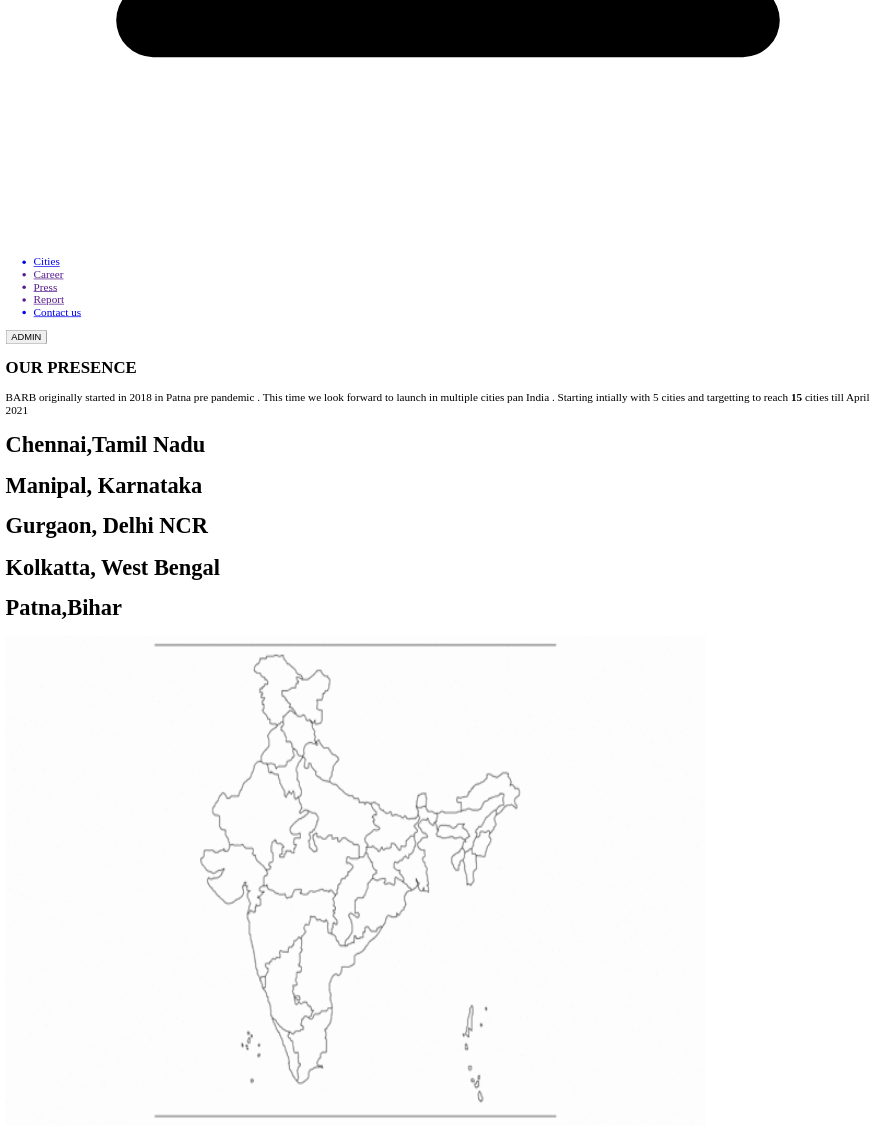
Repository: MinorLeopard/barbweb
Page: /Cities
An editor plug-in stored every save of this project. The page is shown before and after the next save, followed by the edit.
The browser window is 1280 px wide. The pictures show the part of the page from y = 970 to 2890 px (the page is 2590 px tall before and 2890 px after), at 70% of full size.
The project was rebuilt for these pictures with package versions that can differ from the ones it lists, and the page was loaded fresh each time. The framework's server and built-in components were replaced by stand-ins that run in the browser. Also part of the build but not shown: components/Dropdown.tsx.

Above is the page before, as saved 2022-01-10 19:57:09.

After the next save:
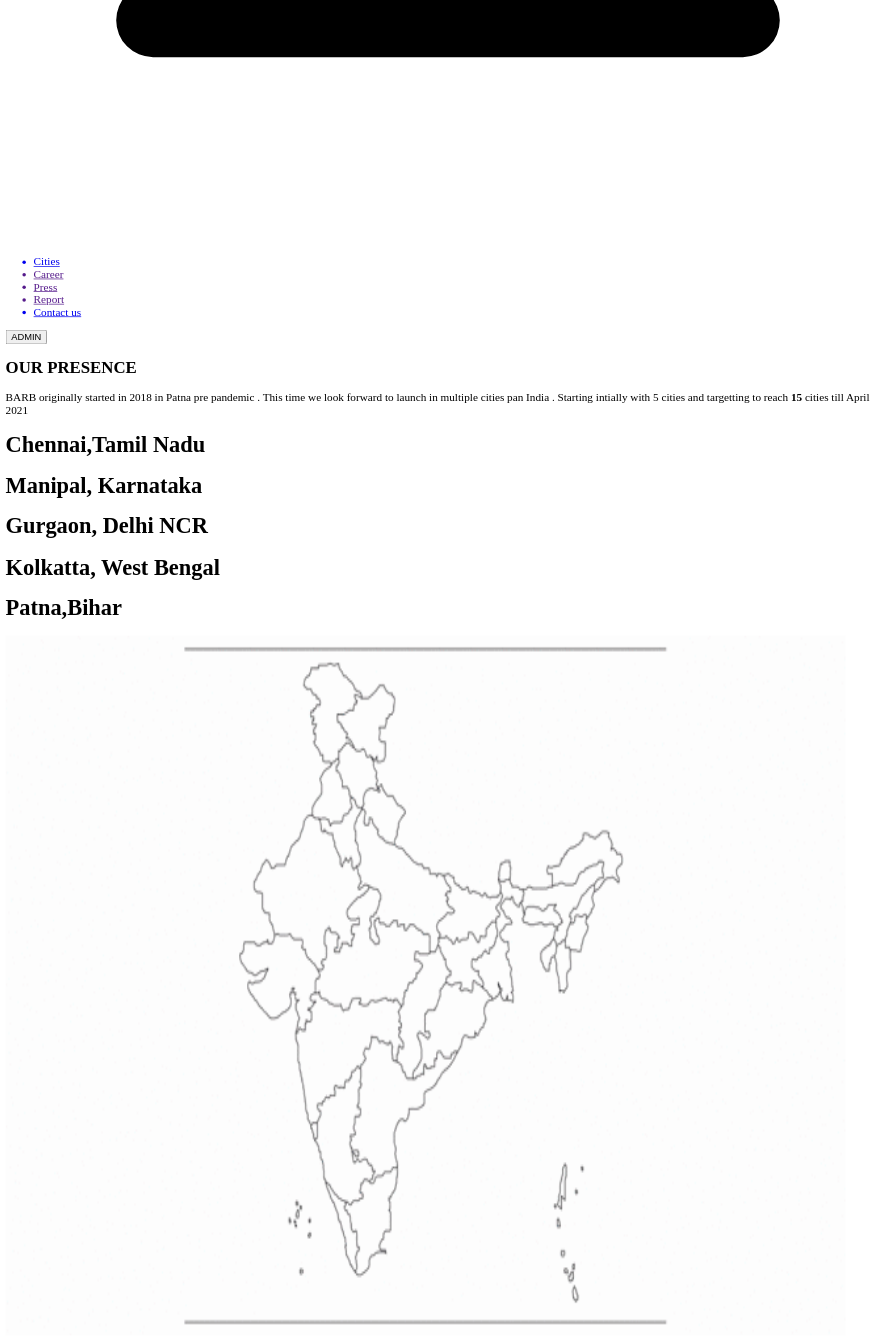
Saved 21 s later.
--- a/pages/Cities.tsx
+++ b/pages/Cities.tsx
@@ -105,8 +105,8 @@
                             <div>
                             <Image className='mt-20 mr-0'
                                 src={require('../images/ggn.gif')}
-                                height={700}
-                                width={1000} />
+                                height={1000}
+                                width={1200} />
                                 </div>
 
 
